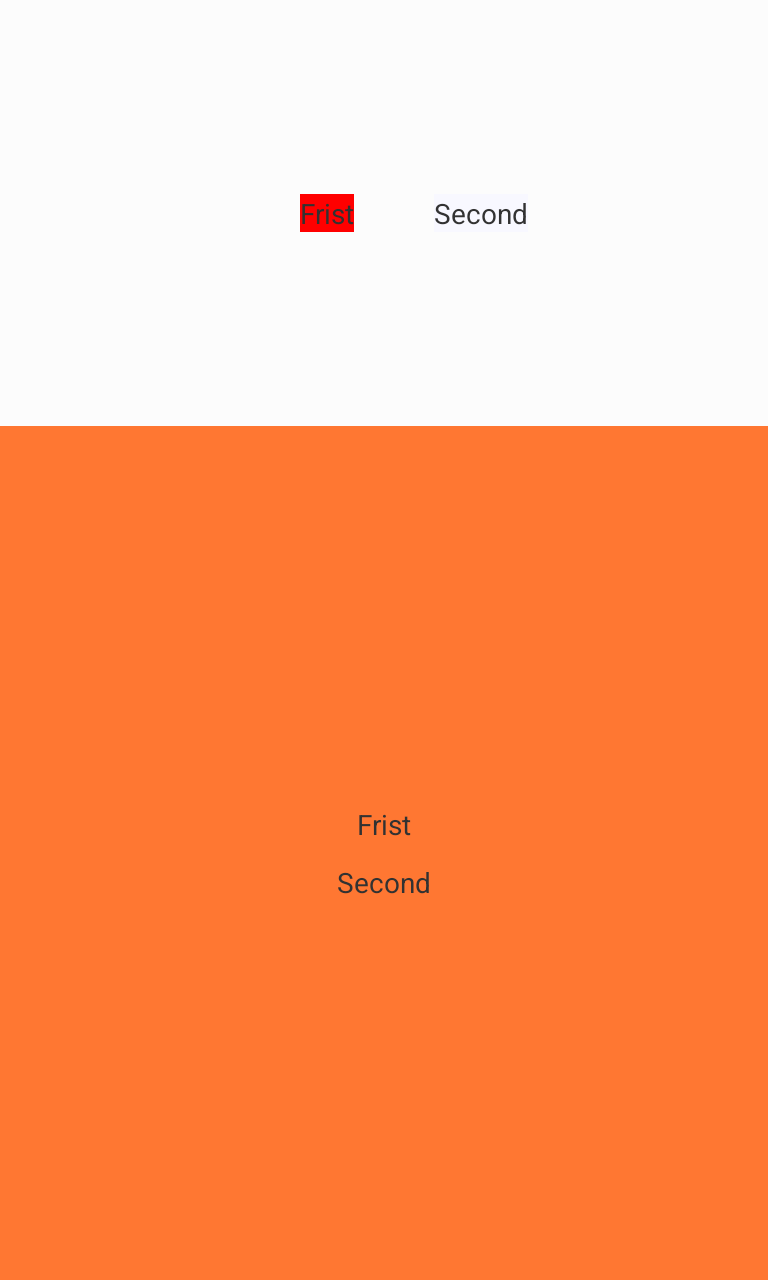
Repository: ling-cen/demo
Layout: Layout_1/res/layout/linner_layout_4.xml
These files come from the project's save history. The layout is drawn as it stood at one moment and after the next save; the edit follows.
It is drawn on a 768 x 1280 px phone screen (xhdpi) without system bars, with theme AppTheme; the app's code is not run.

Above is the layout before, as saved 2018-12-12 09:45:01.

### Layout_1/res/layout/linner_layout_4.xml
<?xml version="1.0" encoding="utf-8"?>
<LinearLayout xmlns:android="http://schemas.android.com/apk/res/android"
    android:layout_width="match_parent"
    android:layout_height="match_parent"
    android:orientation="vertical" >

    <LinearLayout
        android:layout_width="match_parent"
        android:layout_height="0dp"
        android:gravity="center"
        android:layout_weight="1"
        android:background="#FCFCFC"
        android:orientation="horizontal" >

        <TextView
            android:layout_width="wrap_content"
            android:layout_height="wrap_content"
            android:layout_margin="30dp"
            android:background="#FF0000"
            android:text="Frist" />

        <TextView
            android:layout_width="wrap_content"
            android:layout_height="wrap_content"
            android:layout_marginLeft="10dp"
            android:background="#F8F8FF"
            android:text="Second" />
    </LinearLayout>

    <LinearLayout
        android:layout_width="match_parent"
        android:layout_height="0dp"
        android:layout_weight="2"
        android:gravity="center"
        android:background="#ff7732"
        android:orientation="vertical" >

        <TextView
            android:layout_width="wrap_content"
            android:layout_height="wrap_content"
            android:layout_marginBottom="10dp"
            android:text="Frist" />

        <TextView
            android:layout_width="wrap_content"
            android:layout_height="wrap_content"
            android:text="Second" />
    </LinearLayout>

</LinearLayout>

Loaded but not shown: Layout_1/res/values/styles.xml (common file); Layout_1/res/values-v11/styles.xml (common file); Layout_1/res/values-v14/styles.xml (common file)

After the next save:
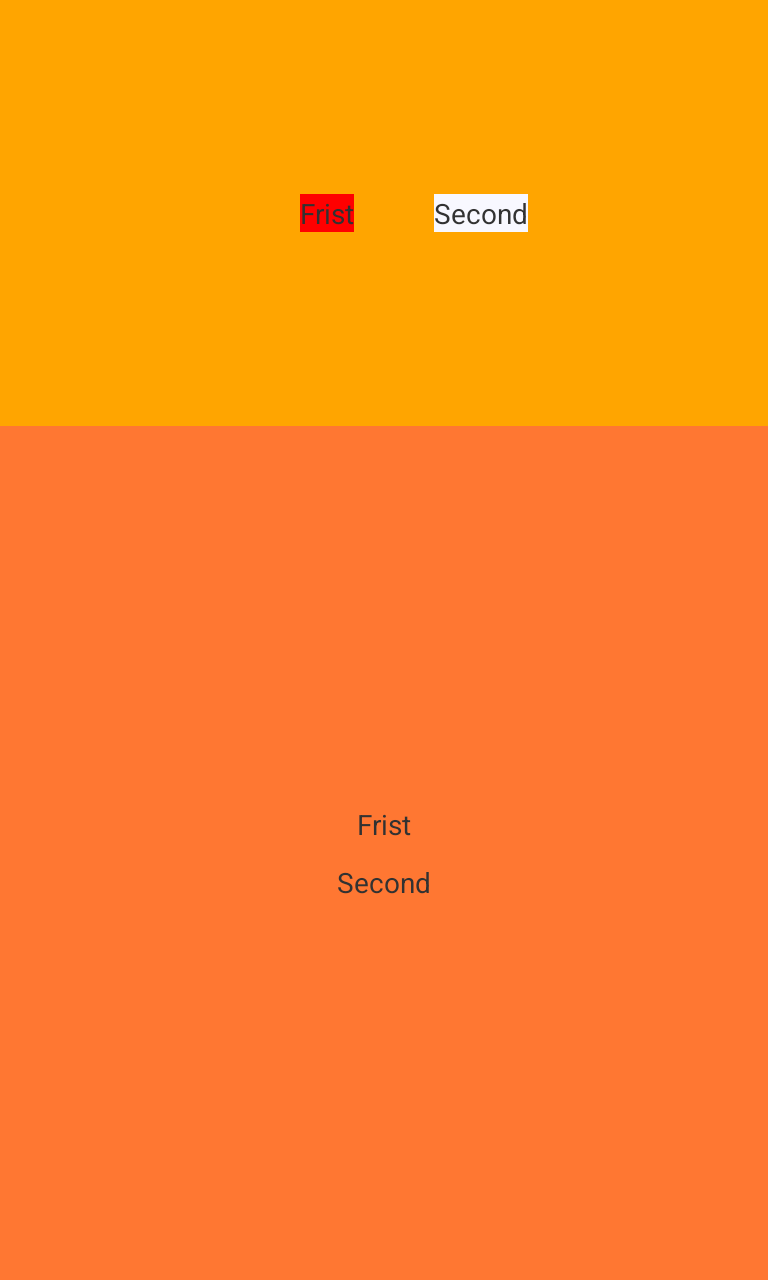
Saved 26 s later.
--- a/Layout_1/res/layout/linner_layout_4.xml
+++ b/Layout_1/res/layout/linner_layout_4.xml
@@ -9,7 +9,7 @@
         android:layout_height="0dp"
         android:gravity="center"
         android:layout_weight="1"
-        android:background="#FCFCFC"
+        android:background="#FFA500"
         android:orientation="horizontal" >
 
         <TextView
